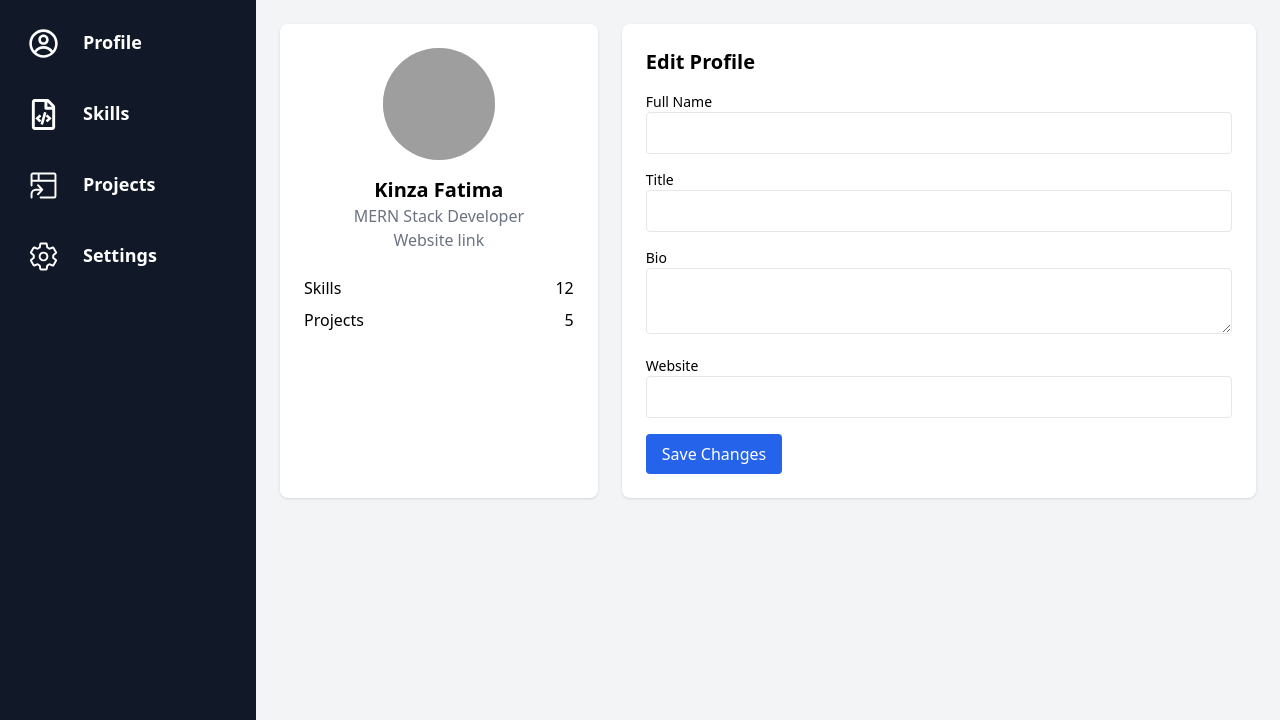
Repository: alizey12/DevLinker-Developer-Portfolio-Builder
Page: /dashboard/profile
An editor plug-in stored every save of this project. The page is shown before and after a run of saves, followed by the edit.
The browser window is 1280 px wide. The pictures show the whole page.
Pictures or frames that could not be fetched are drawn as grey boxes. The project was rebuilt for these pictures with package versions that can differ from the ones it lists, and the page was loaded fresh each time. Also part of the build but not shown: vite.config.js, src/Pages/Login.jsx, src/Pages/Signup.jsx, src/Pages/Portfolio.jsx, src/Pages/Page404.jsx, src/Pages/Dashboard/Skills.jsx, src/Pages/Dashboard/Project.jsx, src/Pages/Dashboard/Setting.jsx.

Above is the page before, as saved 2025-06-28 21:55:09.

### src/main.jsx
import { StrictMode } from 'react'

import { createRoot } from 'react-dom/client'
import './index.css'
import App from './App.jsx'
import { BrowserRouter } from 'react-router'

createRoot(document.getElementById('root')).render(
  <StrictMode>
  <BrowserRouter>
    <App />
    </BrowserRouter>
  </StrictMode>,
)

### src/App.jsx
import AppRoutes from "./Routes/AppRoutes";

function App() {
  return (
    <>
<AppRoutes />
    </>
  )
}

export default App

### src/Routes/AppRoutes.jsx
import React from 'react';
import { Routes, Route } from 'react-router';

import DashboardLayout from '../Components/Layout/DashboardLayout';
import Login from '../Pages/Login';
import Signup from '../Pages/Signup';
import Portfolio from '../Pages/Portfolio';
import Page404 from "../Pages/Page404";

import Profile from '../Pages/Dashboard/Profile';
import Skills from '../Pages/Dashboard/Skills';
import Projects from '../Pages/Dashboard/Project';
import Settings from '../Pages/Dashboard/Setting';

const AppRoutes = () => {
  return (
    <Routes>
      {/* Public Routes */}
      <Route path='/' element={<Login />} />
      <Route path='/signup' element={<Signup />} />
      <Route path='/portfolio/:username' element={<Portfolio />} />

      {/* Dashboard Routes */}
      <Route path='/dashboard' element={<DashboardLayout />}>
        <Route path="profile" element={<Profile />} />
        <Route path="skills" element={<Skills />} />
        <Route path="projects" element={<Projects />} />
        <Route path="settings" element={<Settings />} />
      </Route>

      {/* 404 Page */}
      <Route path='*' element={<Page404 />} />
    </Routes>
  );
};

export default AppRoutes;

### src/Components/Layout/DashboardLayout.jsx
import React from 'react'
import { Outlet } from 'react-router'
import Sidebar from '../Sidebar'

const DashboardLayout = () => {
  return (
    <div className="flex min-h-screen">
      {/* Sidebar on the left */}
      <Sidebar />

      {/* Main content */}
      <main className="flex-1 p-6 bg-gray-100">
        <Outlet />
      </main>
    </div>
  )
}

export default DashboardLayout

### src/Pages/Dashboard/Profile.jsx
import React, { useState } from 'react'



const Profile = () => {
  const [name, setName] = useState('');
  const [bio, setBio] = useState('');
  const [title, setTitle] = useState('');
  const [website, setWebsite] = useState('');
  const [savedProfile, setsavedProfile] = useState();

  function handleSubmit(e) {
    e.preventDefault()
    console.log(name,bio,title,website)
  }
  return (
    <div className="flex flex-col md:flex-row gap-6">
      {/* Left: Profile Card */}
      <div className="w-full md:w-1/3 bg-white p-6 rounded-lg shadow">
        <img
          src="https://static.vecteezy.com/system/resources/previews/036/473/336/original/ai-generated-asian-girl-as-a-modern-day-tech-entrepreneur-on-transparent-background-png.png"
          alt="Avatar"
          className="w-28 h-28 bg-gray-300 rounded-full mx-auto"
        />
        <h2 className="text-center text-xl font-semibold mt-4">Kinza Fatima</h2>
        <p className="text-center text-gray-500">MERN Stack Developer</p>
        <p className="text-center text-gray-500"></p>
        <p className="text-center text-gray-500">Website link</p>


        {/* Stats */}
        <div className="mt-6 space-y-2">
          <div className="flex justify-between">
            <span>Skills</span>
            <span>12</span>
          </div>
          <div className="flex justify-between">
            <span>Projects</span>
            <span>5</span>
          </div>
        </div>
      </div>

      {/* Right: Edit Form */}
      <div className="w-full md:w-2/3 bg-white p-6 rounded-lg shadow">
        <h2 className="text-xl font-semibold mb-4">Edit Profile</h2>
        <form className="space-y-4">
          <div>
            <label className="block text-sm font-medium">Full Name</label>
            <input value={name} onChange={(e)=>setName(e.target.value)} type="text" className="w-full border p-2 rounded" />
          </div>
          <div>
            <label className="block text-sm font-medium">Title</label>
            <input value={title} onChange={(e)=>setTitle(e.target.value)} type="text" className="w-full border p-2 rounded" />
          </div>
          <div>
            <label className="block text-sm font-medium">Bio</label>
            <textarea value={bio} onChange={(e)=>setBio(e.target.value)} className="w-full border p-2 rounded"></textarea>
          </div>
          <div>
            <label className="block text-sm font-medium">Website</label>
            <input value={website} onChange={(e)=>setWebsite(e.target.value)} type="url" className="w-full border p-2 rounded" />
          </div>
          <button onClick={handleSubmit} className="bg-blue-600 text-white px-4 py-2 rounded">Save Changes</button>
        </form>
      </div>
    </div>
  )
}

export default Profile

### src/Components/Sidebar.jsx
import React from 'react'
import { NavLink } from 'react-router'
import { CgProfile } from "react-icons/cg";
import { FaRegFileCode } from "react-icons/fa";
import { GoProjectSymlink } from "react-icons/go";
import { IoSettingsOutline } from "react-icons/io5";

const Sidebar = () => {
  return (
    <div>
      <aside className="w-64 min-h-screen bg-gray-900 text-white p-4">
  <ul className="space-y-4">
    <li className='flex '><CgProfile className='p-3' size={55}/> <NavLink className='p-3 font-semibold text-lg' to="profile">Profile</NavLink></li>
    <li className='flex'><FaRegFileCode className='p-3' size={55}/> <NavLink className='p-3 font-semibold text-lg'  to="skills">Skills</NavLink></li>
    <li className='flex'><GoProjectSymlink  className='p-3' size={55}/> <NavLink className='p-3 font-semibold text-lg'  to="projects">Projects</NavLink> </li>
    <li className='flex'><IoSettingsOutline className='p-3' size={55} /> <NavLink className='p-3 font-semibold text-lg'  to="settings">Settings</NavLink></li>
  </ul>
</aside>

    </div>
  )
}

export default Sidebar

Loaded but not shown: index.html (common file); src/index.css (common file); tailwind.config.js (common file)

After the next 2 saves:
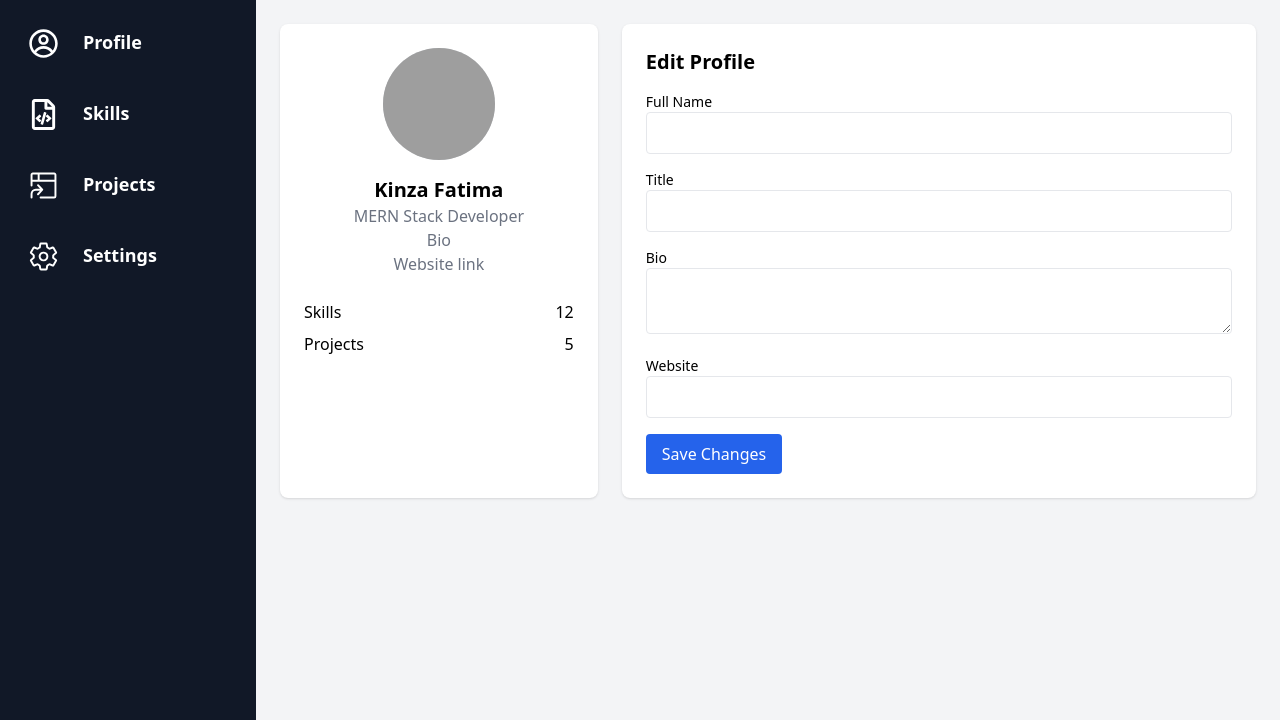
The 2 saves are shown as one change because they came seconds apart.
The last was saved 8 s later.
--- a/src/Pages/Dashboard/Profile.jsx
+++ b/src/Pages/Dashboard/Profile.jsx
@@ -24,7 +24,7 @@
         />
         <h2 className="text-center text-xl font-semibold mt-4">Kinza Fatima</h2>
         <p className="text-center text-gray-500">MERN Stack Developer</p>
-        <p className="text-center text-gray-500"></p>
+        <p className="text-center text-gray-500">Bio</p>
         <p className="text-center text-gray-500">Website link</p>
 
 

After the save that followed:
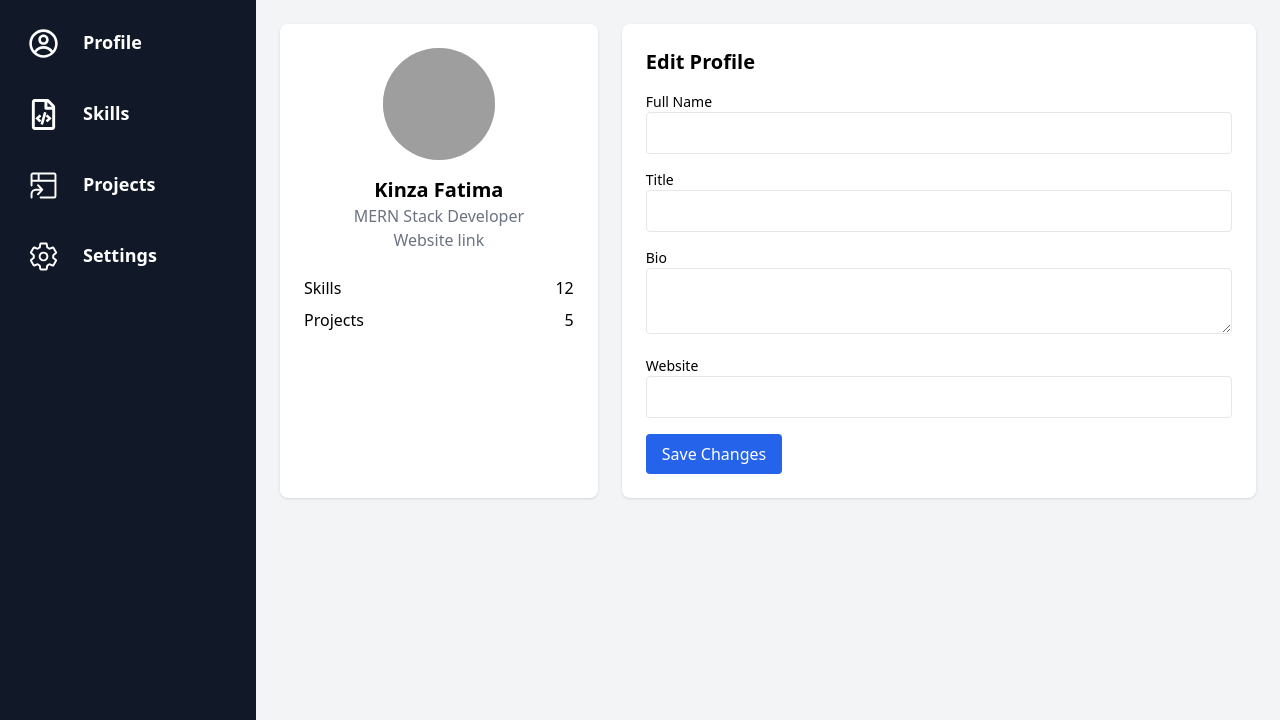
Saved 16 s later.
--- a/src/Pages/Dashboard/Profile.jsx
+++ b/src/Pages/Dashboard/Profile.jsx
@@ -24,7 +24,7 @@
         />
         <h2 className="text-center text-xl font-semibold mt-4">Kinza Fatima</h2>
         <p className="text-center text-gray-500">MERN Stack Developer</p>
-        <p className="text-center text-gray-500">Bio</p>
+        <p className="text-center text-gray-500"></p>
         <p className="text-center text-gray-500">Website link</p>
 
 
